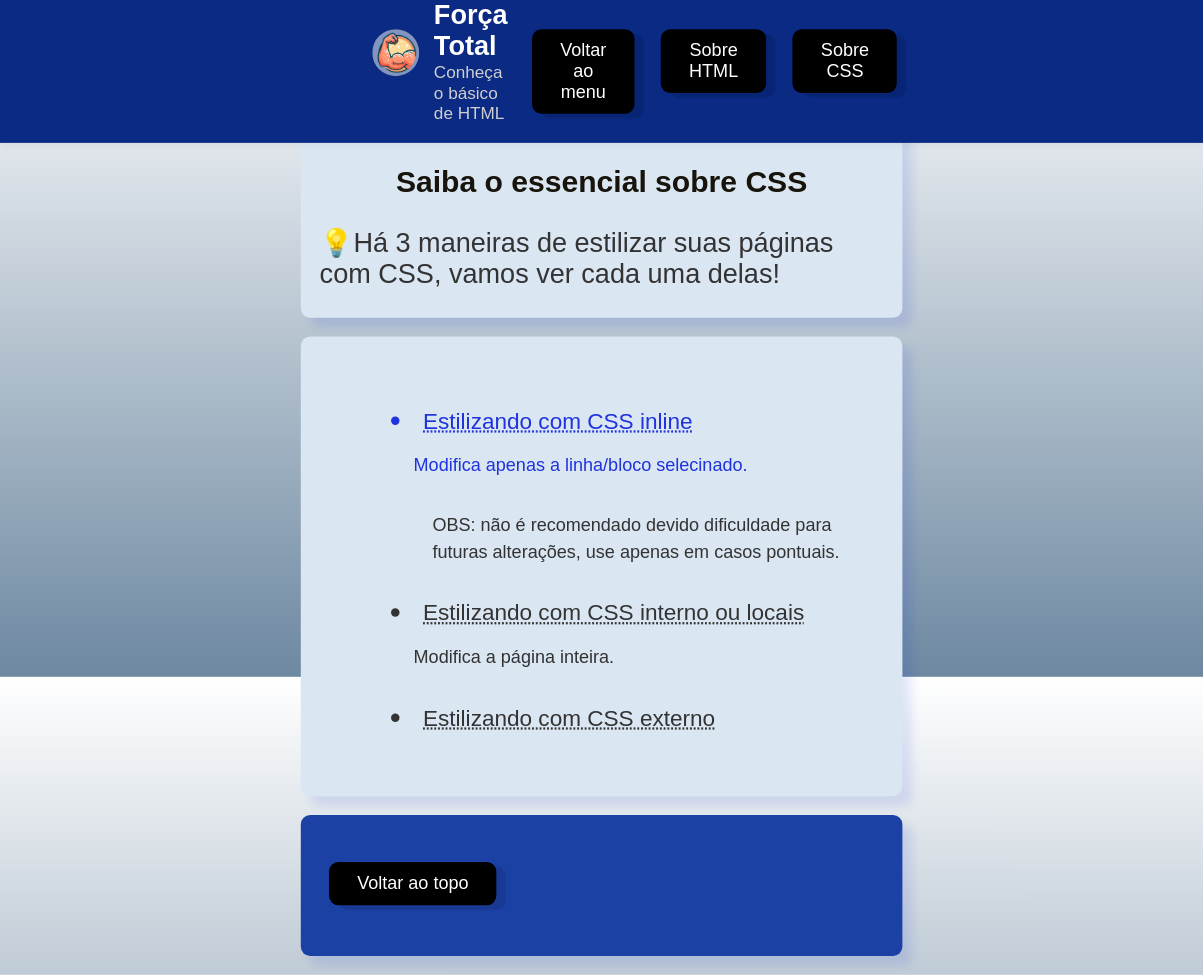
Repository: LuidyOn/Site_Forca_Total
Page: ForçaTotal/paginas/sobrecss.html
These files come from the project's save history. The page is drawn as it stood at one moment and after the next save; the edit follows.
The browser window is 1280 px wide. The pictures show the whole page, at 94% of full size.
Backgrounds fixed to the window are drawn as part of the page.

Above is the page before, as saved 2025-05-19 14:28:23.

### ForçaTotal/paginas/sobrecss.html
<!DOCTYPE html>
<html lang="pt-br">
<head>
    <meta charset="UTF-8">
    <meta name="viewport" content="width=device-width, initial-scale=1.0">
    <title>Força Total</title>
  <link rel="shortcut icon" href="../img/icons/logo.ico" type="image/x-icon">
  <link rel="stylesheet" href="../css/style.css">
<!--
    Estilos CSS internos para a página:
    - Define fonte, cores de fundo e texto, margens e espaçamento do body.
    - Define cores para títulos (h1, h2, h3, h4).
    - Ajusta margem do h5.
    - Remove marcadores e espaçamento da lista.
    - Define espaçamento entre itens da lista.
    - Estiliza botões: cor de fundo, cor do texto, borda arredondada, efeito hover.
-->
<!--
<style>
    body {
            font-family: Arial, sans-serif;
            background-color: #cef7f7;
            color: #333;
            margin: 0;
            padding: 20px;
    }
    h1 {
            color: #2c3e50;
    }
    h2 {
            color: #2980b9;
    }
    h3 {
            color: #231a27;
    }
    h4 {
            color: #2980b9;
    }
    h5 {
            margin-left: 10px;
    }
    ul {
            list-style-type: none;
            padding: 0;
    }
    li {
            margin-bottom: 10px;
    }
    button {
            background-color: #3498db;
            color: white;
            border: 100;
            padding: 10px 20px;
            cursor: pointer;
            border-radius: 100px;
    }
    button:hover {
            background-color: #2980b9;
    }
</style>
-->
</head>
<body>
        <header>
      <div style="display: flex; align-items: center; gap: 16px;">
        <img src="../img/logo.jpg" alt="Imagem logo" style="height: 50px; width: auto; margin-left: 480px;">
        <div style="text-align: left;">
          <h1 style="margin: 0; font-size: 1.5em;">Força Total</h1>
          <p style="margin: 0; color: rgb(207, 207, 207); font-size: 0.95em;">Conheça o básico de HTML</p>
        </div>
      </div>
      <span style="flex: 1; display: flex; justify-content: center; gap: 8px; margin-right: 400px;" >
        <a href="../index.html"><button id="botao">Voltar ao menu</button></a>
        <a href="sobreHTML.html"><button>Sobre HTML</button></a>
        <a href="sobrecss.html"><button>Sobre CSS</button></a>
      </span>
    </header>
    <div style="height: 100px;"></div>
    <h3 style="text-align: left;">

<section style="background-color: #dae6f1; padding: 20px; text-align: justify;">
<h2 style="text-align: center;">Saiba o essencial sobre CSS</h2>
    <h3 style="text-align: left;">💡Há 3 maneiras de estilizar suas páginas com CSS, vamos ver cada uma delas!</h3>
    </section>

    <section>

    <ul>
        <li style="color: rgb(31, 51, 223);"><h4></style> <abbr title="Dica: use <h4 style='color'> ">Estilizando com CSS inline</h4></abbr>
                <p>Modifica apenas a linha/bloco selecinado.</p>
        </li>

            <h5>
                <p style="color: #333;">OBS: não é recomendado devido dificuldade para futuras alterações, use apenas em casos pontuais. </p>
            </h5>


        <li><h4> <abbr title="Em <head>, use: <style> body { font-family: Arial, sans-seri} h1 {...} ...">Estilizando com CSS interno ou locais</h4> </abbr>
        <p>Modifica a página inteira.</p></li>

        <li><h4> <abbr title="Para esteilizar uma página inteira usamos: <link rel='stylesheet' href='style.css'>">Estilizando com CSS externo</h4> </abbr>
        </li>
    </ul>
        </section>

<section style=" background-color: #1c41a5; padding: 10px; text-align: justify; height: 150px; padding: 1px 20px;">
  <h3 style="text-align: left;">
    <span>
    <a href="sobrecss.html"><button id="botao">Voltar ao topo</button></a>
  </h3>
  </section>

</body>
</html>

### ForçaTotal/css/style.css
/* Resetando algumas margens e paddings padrão */
@charset "UTF-8";

* {
  margin: 100;
  padding: 0;
  box-sizing: border-box;

}

body {
  font-family: 'Arial', sans-serif;
  text-align: left;
  background-image: linear-gradient(to bottom, #ffffff, #6d88a1);
  background-attachment: fixed;
  margin: 0;
  padding: 0;
  color: #333;
  width: 100vw;
  min-height: 100vh;
}

header {
  display: flex;
  align-items: center;
  justify-content: center;
  gap: 16px;
  position: fixed;
  top: -20px;
  left: 0;
  width: 100%;
  background: #10315e;
  z-index: 1000;
  box-shadow: 0 2px 8px rgba(0,0,0,0.05);
  background-color: #0a2a83;
  color: white;
  text-align: center;
  padding: 20px;
  font-size: 1.2rem;
}

header img {
  width: 150px;
  margin-bottom: 20px;
  border-radius: 50%;
}

h1 {
  font-size: 2.5rem;
  margin-bottom: 10px;
  font-weight: bold;
}

h2 {
  font-size: 2rem;
  margin-bottom: 10px;
  font-weight: bold;
}

h3 {
  font-size: 1.8rem;
  margin-bottom: 10px;
  font-weight: 300;
  text-align: center;
}

h4 {
  font-size: 1.5rem;
  margin-bottom: 10px;
  font-weight: 300;
  margin-left: 10px;
}

h5 {
  font-size: 1.3rem;
  margin-bottom: 10px;
  font-weight: 300;
  margin-left: 20px;
}

ul {
  padding: 0;
  margin-left: 100px;
}
ol {
  list-style-type: decimal;
  margin: 0;
}

p {
  font-size: 1.2rem;
  font-weight: 300;
}

section {
  padding: 40px 20px;
  background-color: #dae6f1;
  margin: 20px 0;
  border-radius: 10px;
  box-shadow: 10px 10px 10px rgba(0, 42, 228, 0.1);
  width: 50%;
  margin-left: auto;
  margin-right: auto;
  display: block;
  align-items: center;
  justify-content: space-between;
}

.variacao {
  background-color: rgba(99, 173, 219, 0.262);

}

section h2 {
  font-size: 2rem;
  margin-bottom: 10px;
  color: rgb(24, 20, 11);
}

section p {
  font-size: 1.2rem;
  line-height: 1.5;
  margin-bottom: 20px;
}

section img {
  width: 25%;
  max-width: 600px;
  border-radius: 10px;
  box-shadow: 0px 4px 6px rgba(0, 0, 0, 0.1);
  margin-left: px;
}

button {
  padding: 12px 30px;
  font-size: 1.2rem;
  background-color: #000000;
  color: white;
  border: none;
  border-radius: 10px;
  cursor: pointer;
  transition: background-color 0.3s ease, transform 0.2s ease;
  margin-top: 20px;
  margin-left: 10px;
  margin-right: 10px;
  box-shadow: 10px 5px 1px rgba(0, 0, 0, 0.1);

}

button:hover {
  background-color: #325f90;
  transform: translateY(-2px);
}

button:active {
  transform: translateY(0);
}

footer {
  background-color: #222;
  color: white;
  padding: 20px;
  font-size: 1rem;
  text-align: center;
  margin-top: 40px;
  left: 0;
  bottom: 0;
  width: 100vw;
  z-index: 100;
}

footer p {
  font-weight: 300;
  margin-left: -1000px;

}

@media screen and (max-width: 768px) {
  header h1 {
      font-size: 2rem;
  }

  section h2 {
      font-size: 1.8rem;
  }

  button {
      padding: 10px 25px;
  }
}

After the next save:
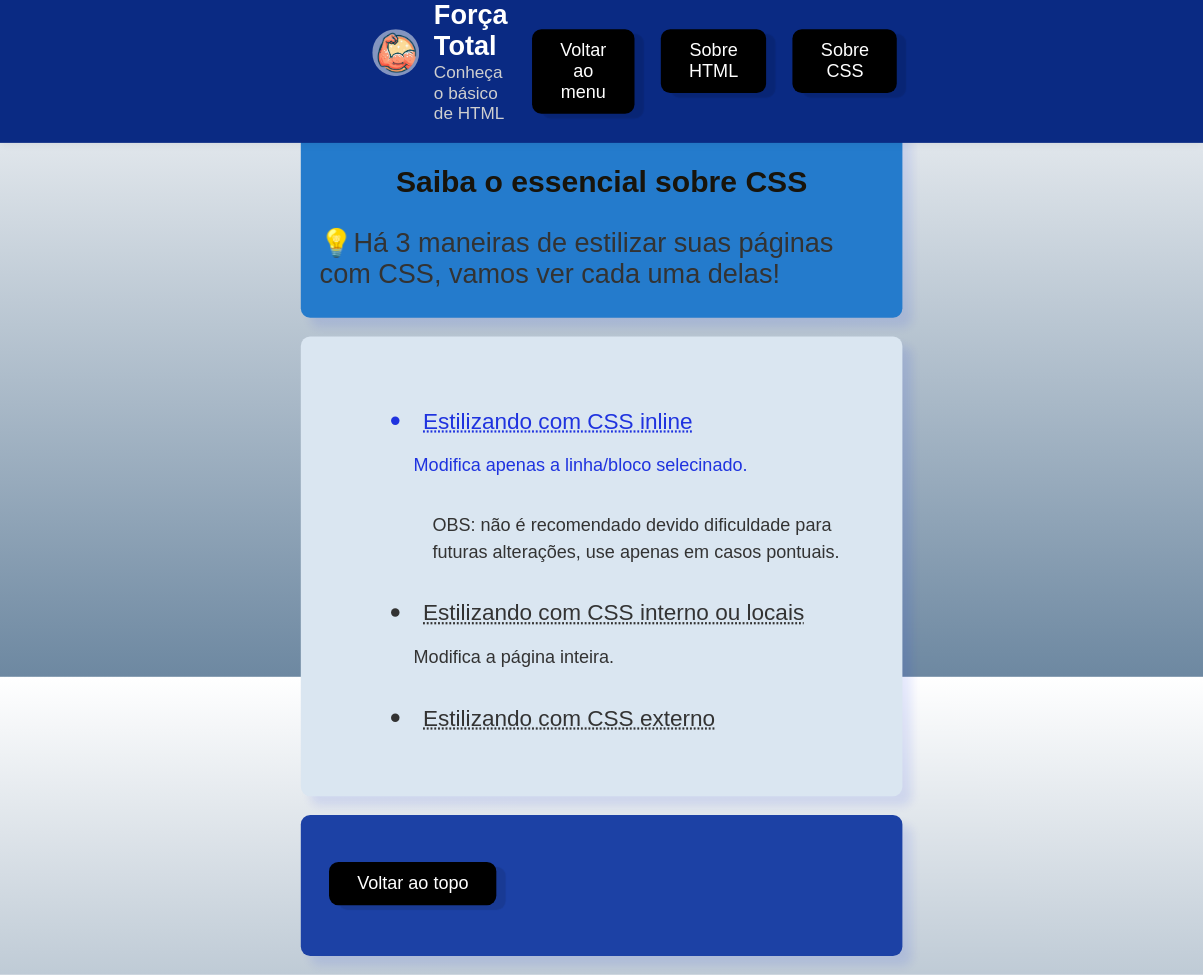
Saved 10 s later.
--- a/ForçaTotal/paginas/sobrecss.html
+++ b/ForçaTotal/paginas/sobrecss.html
@@ -78,7 +78,7 @@
     <div style="height: 100px;"></div>
     <h3 style="text-align: left;">
 
-<section style="background-color: #dae6f1; padding: 20px; text-align: justify;">
+<section style="background-color: #247bcc; padding: 20px; text-align: justify;">
 <h2 style="text-align: center;">Saiba o essencial sobre CSS</h2>
     <h3 style="text-align: left;">💡Há 3 maneiras de estilizar suas páginas com CSS, vamos ver cada uma delas!</h3>
     </section>

After the save that followed:
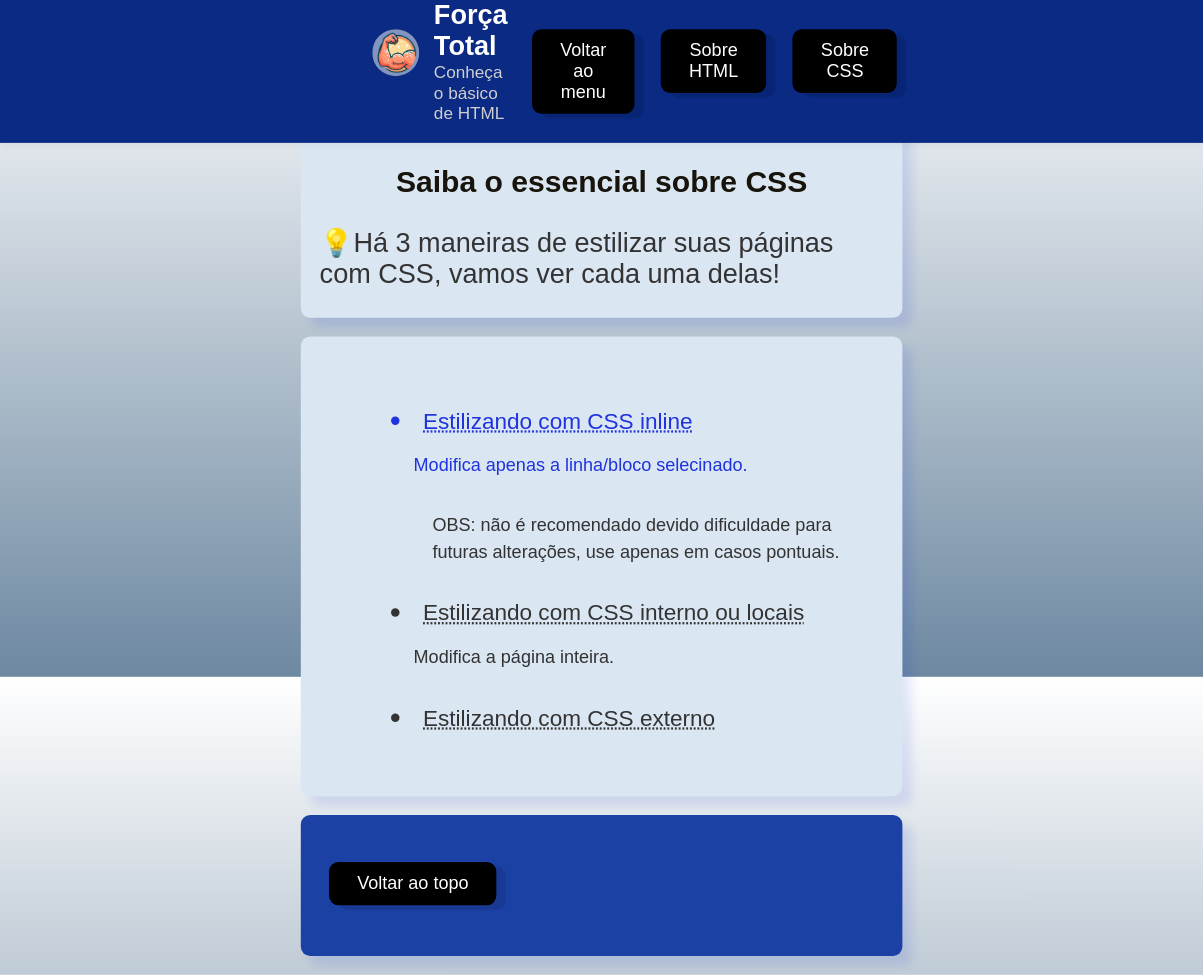
Saved 5 s later.
--- a/ForçaTotal/paginas/sobrecss.html
+++ b/ForçaTotal/paginas/sobrecss.html
@@ -78,7 +78,7 @@
     <div style="height: 100px;"></div>
     <h3 style="text-align: left;">
 
-<section style="background-color: #247bcc; padding: 20px; text-align: justify;">
+<section style="background-color: #dae6f1; padding: 20px; text-align: justify;">
 <h2 style="text-align: center;">Saiba o essencial sobre CSS</h2>
     <h3 style="text-align: left;">💡Há 3 maneiras de estilizar suas páginas com CSS, vamos ver cada uma delas!</h3>
     </section>
